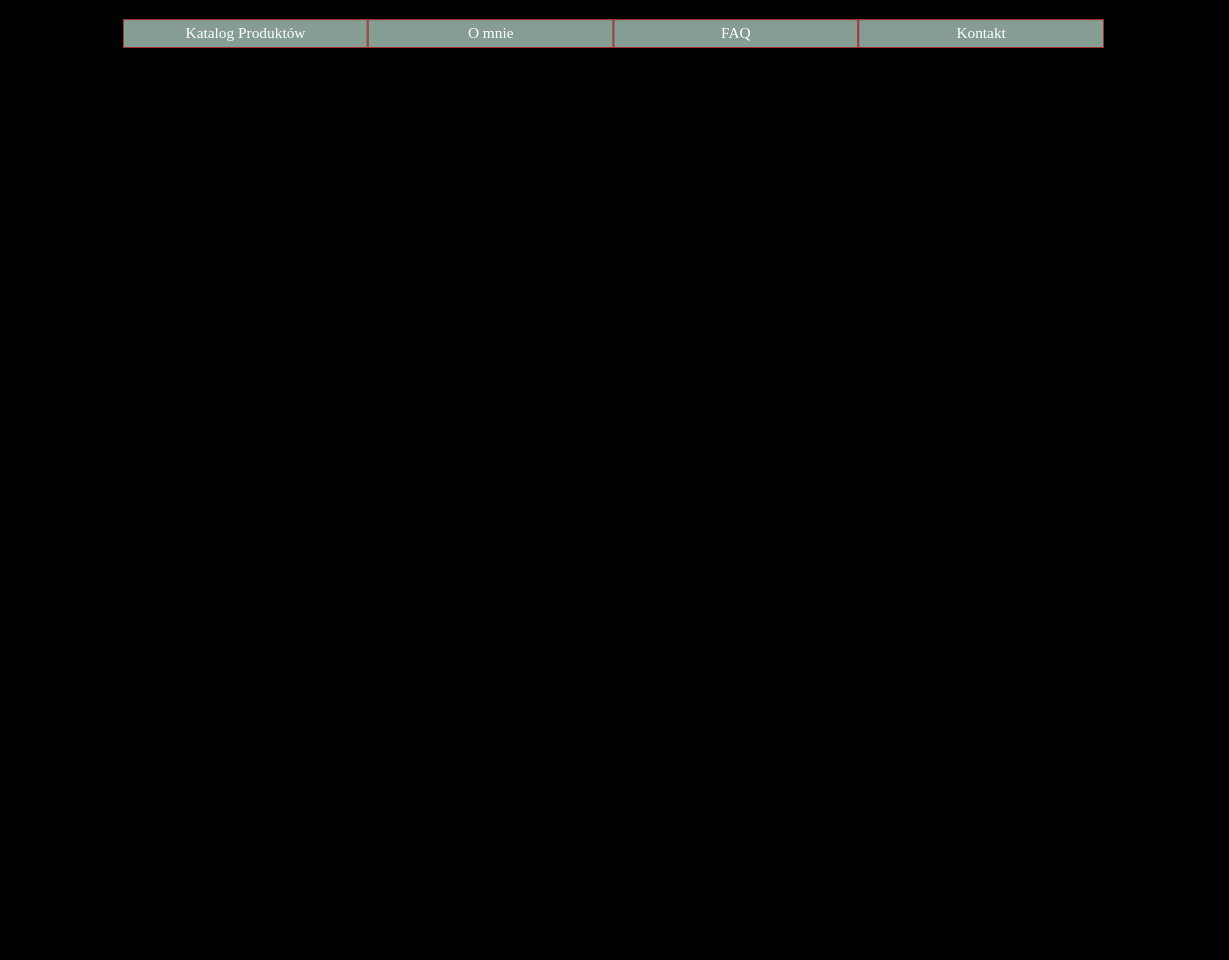
Repository: kowalkos/Rak_projekt
Page: /
An editor plug-in stored every save of this project. The page is shown before and after the next save, followed by the edit.
The browser window is 1280 px wide. The pictures show the whole page, at 96% of full size.
The project was rebuilt for these pictures with package versions that can differ from the ones it lists, and the page was loaded fresh each time.

Above is the page before, as saved 2021-12-15 19:20:23.

### src/index.css
body {
  margin: 0;
  background-color: black;
  color: white;
}

code {

}

### src/App.js

import './App.css';
import NavBar from './components/navbar/NavBar';
function App() {
  return (
    <div className="App">
     <NavBar/>
     <div style={{height:"1000px"}}></div>
    </div>
  );
}

export default App;

### src/components/navbar/NavBar.js


import './NavBar.css';
function NavBar(props) {

    function onHoverHandle()
    {
;
    }
    return <div className='main-nav-bar' >
        <div className='nav-bar__roll-down' onhover={onHoverHandle} >
            Katalog Produktów
            <div className='nav-bar__inside'>
                Kokardy
            </div>
            <div className='nav-bar__inside'>
                Kokardy
            </div>
            <div className='nav-bar__inside'>
                Kokardy
            </div>
            <div className='nav-bar__inside'>
                Kokardy
            </div>
        </div >
        <div className='nav-bar'>
            O mnie
        </div>
        <div className='nav-bar'>
            FAQ
        </div>
        <div className='nav-bar'>
            Kontakt
        </div>

    </div>;
}

export default NavBar;

### src/components/navbar/NavBar.css
.main-nav-bar
{
    padding-top: 20px;
    width:80%;
    margin:auto;
    position: fixed;
    left: 50%;
    transform: translateX(-50%);

}
.nav-bar{
    float: left;
    width:calc(99%/4);
    padding-top: 5px;
    padding-bottom: 5px;
    background-color: rgb(134, 157, 148);
    border: 1px solid brown;
}
.nav-bar__inside{
    display: none;
    width:calc(99%/1.4);
    padding-top: 5px;
    padding-bottom: 5px;
    background-color: red;
    border: 1px solid brown;
    float: right;

    margin-top: 6px;
    transform: translateY(-100%);

}
.nav-bar__roll-down
{
    float: left;
    width:calc(99%/4);
    padding-top: 5px;
    padding-bottom: 5px;
    max-height: 20px;
    background-color: rgb(134, 157, 148);
    border: 1px solid brown;
}
.nav-bar__roll-down:hover .nav-bar__inside
{
    transform: translateY(0);
}
.nav-container{
    width: 110px;
    display: flex;
    flex-direction: column;
}

#navbar{
    background-color: rgb(48, 162, 255);
    border: solid 2px none;
    border-radius: 8px;
    position: relative;
    margin: auto;
    display: none;
 }

.link-container {
    margin: 10px;
    font-size: 18px;
    width: 100%;
    color: white;
}

.nav-link{
    display:inline-block;
}

Loaded but not shown: public/index.html (common file); src/index.js (common file); src/App.css (common file)

After the next save:
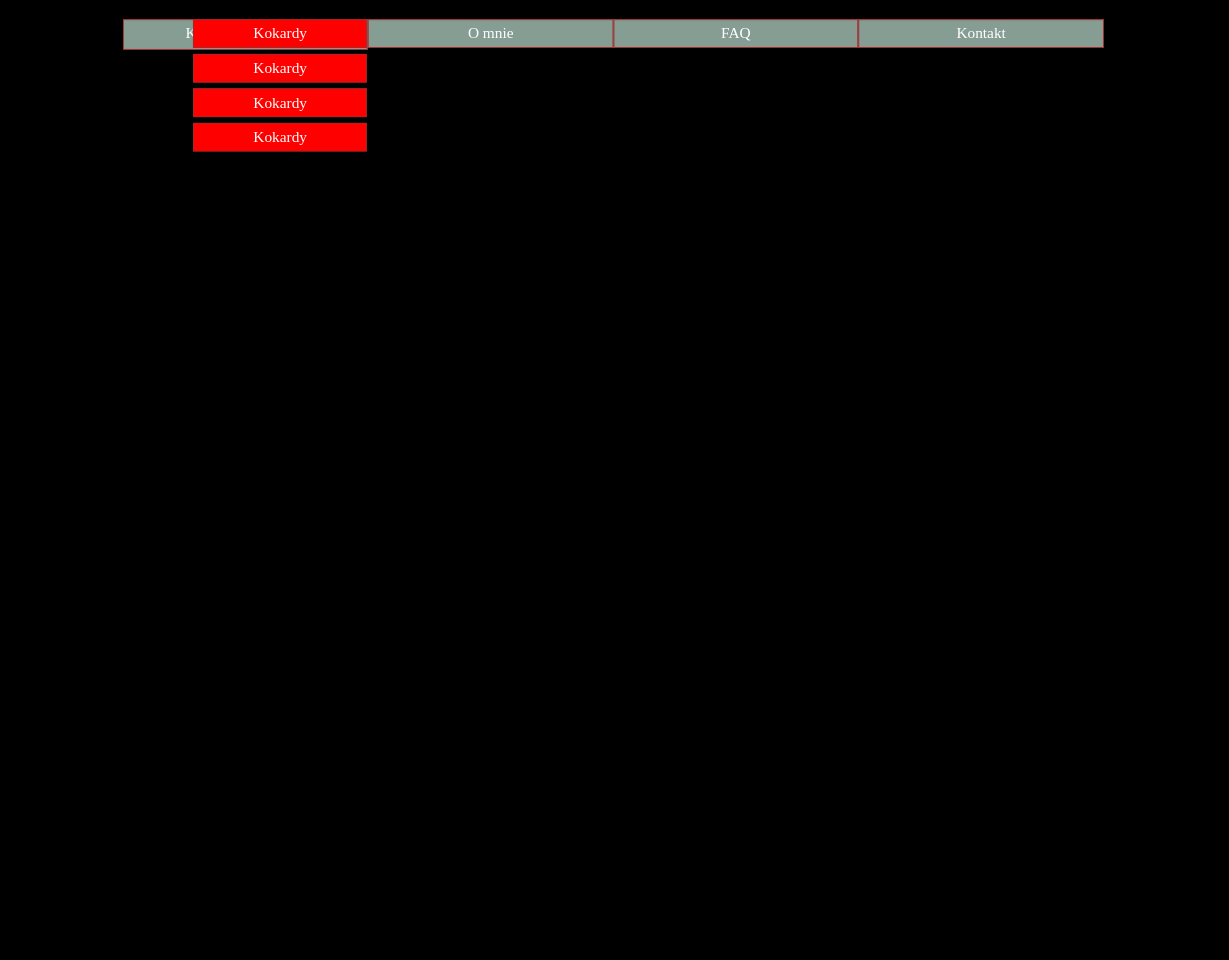
Saved 31 s later.
--- a/src/components/navbar/NavBar.css
+++ b/src/components/navbar/NavBar.css
@@ -17,7 +17,6 @@
     border: 1px solid brown;
 }
 .nav-bar__inside{
-    display: none;
     width:calc(99%/1.4);
     padding-top: 5px;
     padding-bottom: 5px;

After the save that followed:
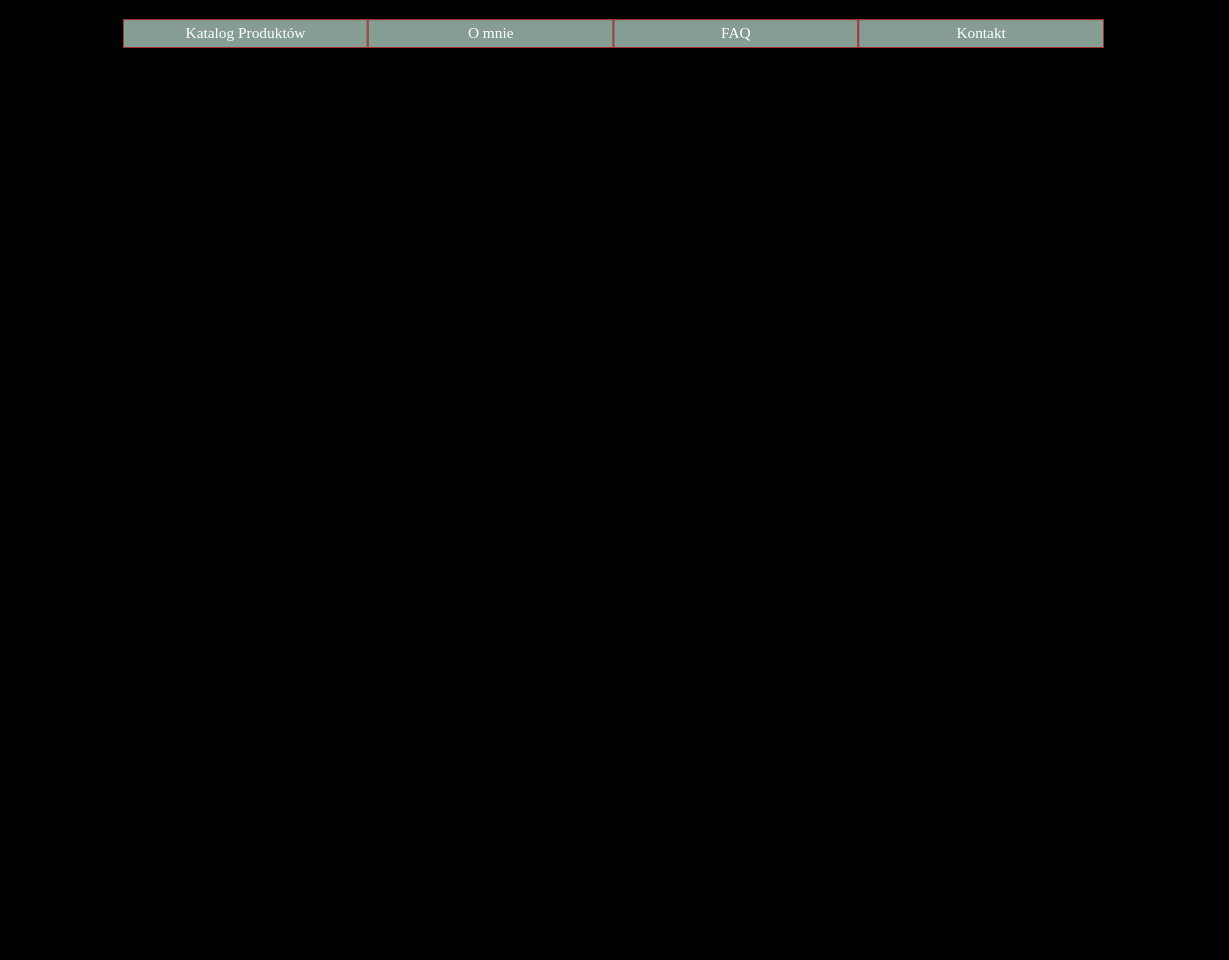
Saved 112 s later.
--- a/src/components/navbar/NavBar.css
+++ b/src/components/navbar/NavBar.css
@@ -17,6 +17,7 @@
     border: 1px solid brown;
 }
 .nav-bar__inside{
+    display: none;
     width:calc(99%/1.4);
     padding-top: 5px;
     padding-bottom: 5px;
@@ -42,28 +43,3 @@
 {
     transform: translateY(0);
 }
-.nav-container{
-    width: 110px;
-    display: flex;
-    flex-direction: column;
-}
-
-#navbar{
-    background-color: rgb(48, 162, 255);
-    border: solid 2px none;
-    border-radius: 8px;
-    position: relative;
-    margin: auto;
-    display: none;
- }
-
-.link-container {
-    margin: 10px;
-    font-size: 18px;
-    width: 100%;
-    color: white;
-}
-
-.nav-link{
-    display:inline-block;
-}
